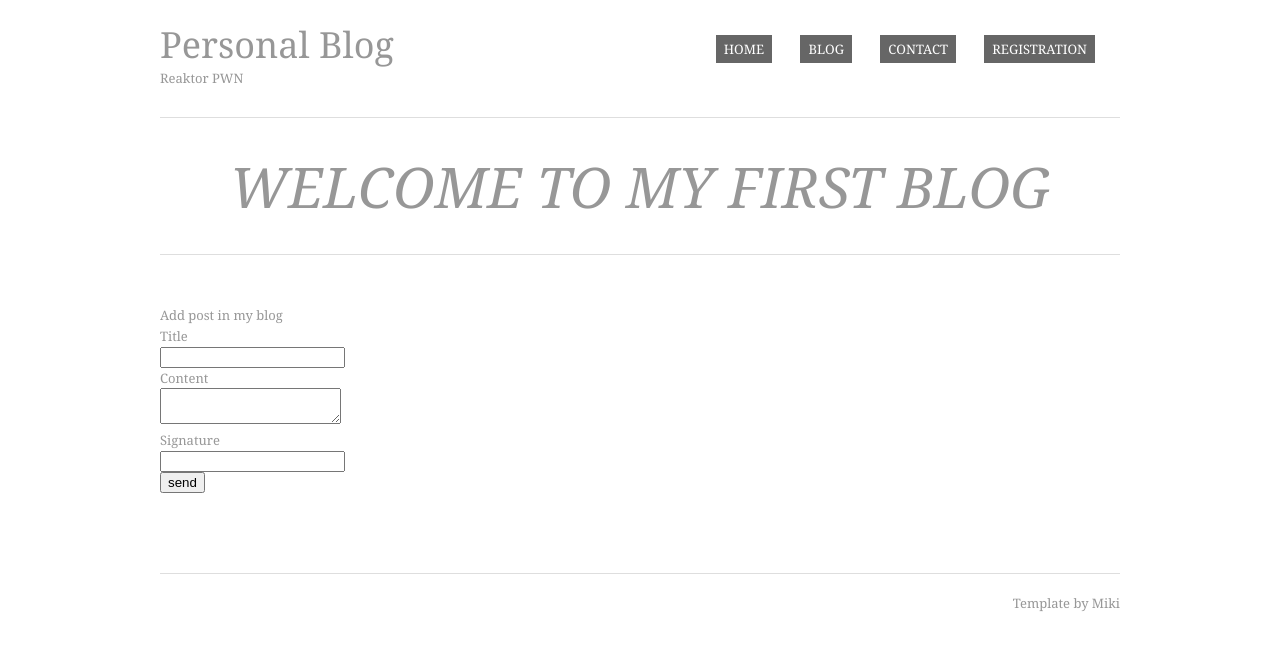
Repository: AnnaPolatynska/SpringCwiczenia
Page: http://localhost/blog
An editor plug-in stored every save of this project. The page is shown before and after the next save, followed by the edit.
The browser window is 1280 px wide. The pictures show the whole page.
The page is this project's Thymeleaf template; nobody is signed in. The template is opened directly, without the code that normally fills it, so the values that code supplies are empty.

Above is the page before, as saved 2017-08-30 11:02:18.

### D-MVC-JAR/src/main/resources/templates/blog.html
<!DOCTYPE html>
<html lang="en" dir="ltr" xmlns:th="http://www.thymeleaf.org">
<head>
<title>Basic 79</title>
<meta charset="iso-8859-1" />
<link rel="stylesheet" href="layout.css" type="text/css" />
</head>
<body>
<div class="wrapper row1">
  <header id="header" class="clear">
    <div id="hgroup">
      <h1><a href="#">Personal Blog</a></h1>
      <h2>Reaktor PWN</h2>
    </div>
    <nav>
      <ul>
        <li><a href="/">Home</a></li>
        <li><a href="#">blog</a></li>
        <li><a href="/contact">Contact</a></li>
        <li><a href="/registerForm">Registration</a></li>
      </ul>
    </nav>
  </header>
</div>
<!-- content -->
<div class="wrapper row2">
  <div id="container" class="clear">
    <!-- content body -->
    <section id="shout">
      <h1>Welcome to my first Blog</h1>
    </section>
    <!-- main content -->
    <section id="services" class="clear">
      <!-- article 1 -->
      <article>
		<p> Add post in my blog </p>
		<form th:action="@{/add}" method="post">
			<p> Title </p>
			<input type="text" th:field="${post.title}"/> <br/>
			<p> Content </p>
			<textarea th:field="${post.content}"></textarea> <br/>
			<p> Signature </p>
			<input type="text" th:field="${post.sign}"/> <br/>
			<input type="submit" value="send"/>
		</form>
      </article>
    </section>
    <!-- / content body -->
  </div>
</div>
<!-- footer -->
<div class="wrapper row3">
  <footer id="footer" class="clear">
    <p class="fl_right">Template by Miki</p>
  </footer>
</div>
</body>
</html>

### D-MVC-JAR/src/main/resources/static/layout.css
html{overflow-y:scroll;} /* Forces a scrollbar when the viewport is larger than the websites content - CSS3 */

body{margin:0; padding:0; font-size:13px; font-family:Georgia, "Times New Roman", Times, serif; color:#979797; background-color:#FFFFFF;}

.clear:after{content:"."; display:block; height:0; clear:both; visibility:hidden; line-height:0;}
.clear{display:block; clear:both;}
html[xmlns] .clear{display:block;}
* html .clear{height:1%;}

a{outline:none; text-decoration:none;}

code{font-weight:normal; font-style:normal; font-family:Georgia, "Times New Roman", Times, serif;}

.fl_left{float:left;}
.fl_right{float:right;}

img{margin:0; padding:0; border:none; line-height:normal; vertical-align:middle;}
.imgholder, .imgl, .imgr{padding:4px; border:1px solid #D6D6D6; text-align:center;}
.imgl{float:left; margin:0 15px 15px 0; clear:left;}
.imgr{float:right; margin:0 0 15px 15px; clear:right;}

/*----------------------------------------------HTML 5 Overrides-------------------------------------*/

address, article, aside, figcaption, figure, footer, header, nav, section{display:block; margin:0; padding:0;}

q{display:block; padding:0 10px 8px 10px; color:#979797; background-color:#ECECEC; font-style:italic; line-height:normal;}
q:before{content:'� '; font-size:26px;}
q:after{content:' �'; font-size:26px; line-height:0;}

/* ----------------------------------------------Wrapper-------------------------------------*/

div.wrapper{display:block; width:960px; margin:0 auto; padding:0; text-align:left;}

.row1, .row1 a{color:#979797; background-color:#FFFFFF;}
.row2{color:#979797; background-color:#FFFFFF;}
.row2 a{color:#FF9900; background-color:#FFFFFF;}
.row3{border-top:1px solid #DEDEDE;}
.row3, .row3 a{color:#979797; background-color:#FFFFFF;}

/*----------------------------------------------Generalise-------------------------------------*/

#header, #container, #footer{display:block; width:960px;}

nav ul{margin:0; padding:0; list-style:none;}

h1, h2, h3, h4, h5, h6{margin:0; padding:0; font-size:16px; font-weight:bold; font-style:normal; line-height:normal; text-transform:uppercase;}

address{font-style:normal;}

blockquote, q{display:block; padding:8px 10px; color:#979797; background-color:#ECECEC; font-style:italic; line-height:normal;}
blockquote:before, q:before{content:'� '; font-size:26px;}
blockquote:after, q:after{content:' �'; font-size:26px; line-height:0;}

.one_third, .two_third, .three_third{display:block; float:left; margin:0 30px 0 0;}
.one_third{width:300px;}
.two_third{width:630px;}
.three_third{width:960px; float:none; margin-right:0; clear:both;}
.lastbox{margin-right:0;}

/*----------------------------------------------Header-------------------------------------*/

#header{}

#header #hgroup{padding:20px 0 0 0; float:left;}
#header #hgroup h1, #header #hgroup h2{font-weight:normal; text-transform:none;}
#header #hgroup h1{font-size:36px;}
#header #hgroup h2{font-size:13px;}

#header nav{display:block; float:right; margin:20px 0 0 0; padding:20px 0;}
#header nav ul{}
#header nav li{display:inline; margin-right:25px; text-transform:uppercase;}
#header nav li.last{margin-right:0;}
#header nav li a{padding:5px 8px; color:#FFFFFF; background-color:#666666;}
#header nav li a:hover{color:#FF9900; background-color:#FFFFFF;}

/*----------------------------------------------Content Area-------------------------------------*/

#container{padding:30px 0;}
#container section{display:block; width:100%; margin:0 0 30px 0; padding:0;}
#container .last{margin:0;}
#container .more{text-align:right;}

/* ------Shout-----*/

#container #shout{margin-bottom:50px; padding:30px 0; border-top:1px solid #DEDEDE; border-bottom:1px solid #DEDEDE;}
#container #shout h1{font-size:56px; font-weight:normal; font-style:italic; text-transform:uppercase; text-align:center;}
#container #shout p{font-size:16px; margin-bottom:0; padding-bottom:0; line-height:1.8em;}

/* ------services-----*/

#container #services{margin-bottom:50px; line-height:1.6em;}
#container #services article{}
#container #services article h2{font-size:14px; margin-bottom:15px;}
#container #services article p{margin:0; padding:0;}
#container #services article img{float:left; width:80px; height:80px; margin:0 10px 10px 0; padding:4px; border:1px solid #DEDEDE;}
#container #services article footer{margin:10px 0 0 0;}

/*----------------------------------------------Footer-------------------------------------*/

#footer{padding:20px 0;}
#footer p{margin:0; padding:0;}

After the next save:
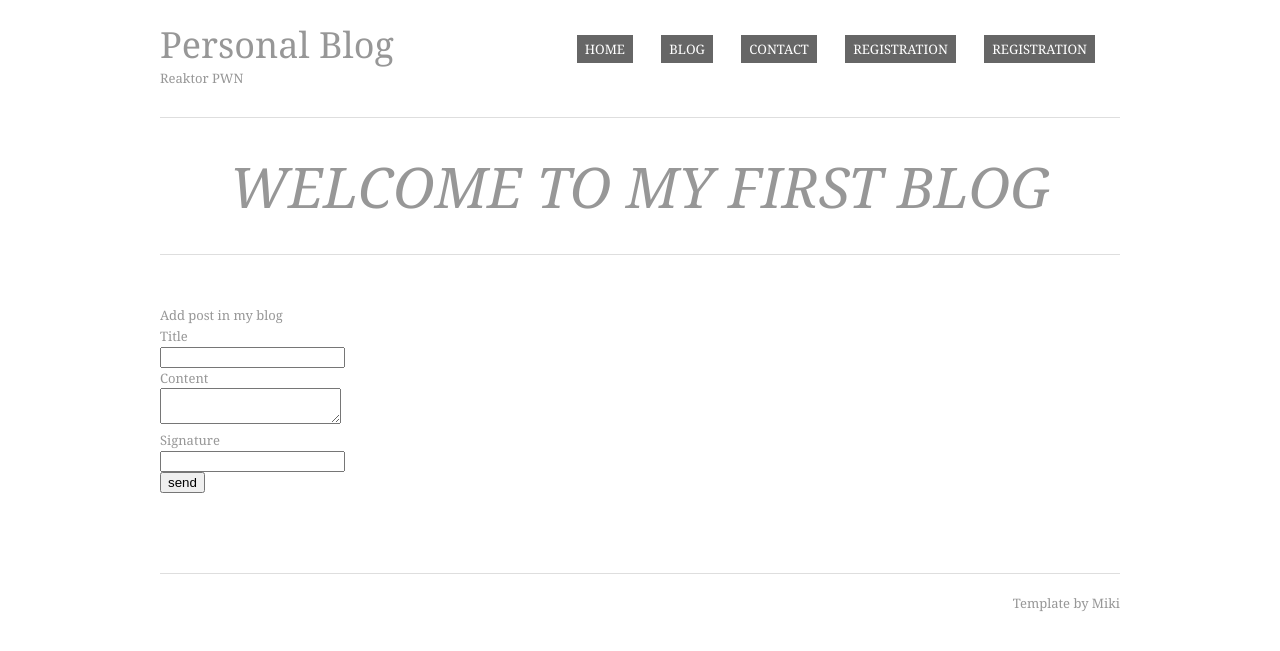
Saved 39 s later.
--- a/D-MVC-JAR/src/main/resources/templates/blog.html
+++ b/D-MVC-JAR/src/main/resources/templates/blog.html
@@ -18,6 +18,7 @@
         <li><a href="#">blog</a></li>
         <li><a href="/contact">Contact</a></li>
         <li><a href="/registerForm">Registration</a></li>
+          <li><a href="/loginForm">Registration</a></li>
       </ul>
     </nav>
   </header>
